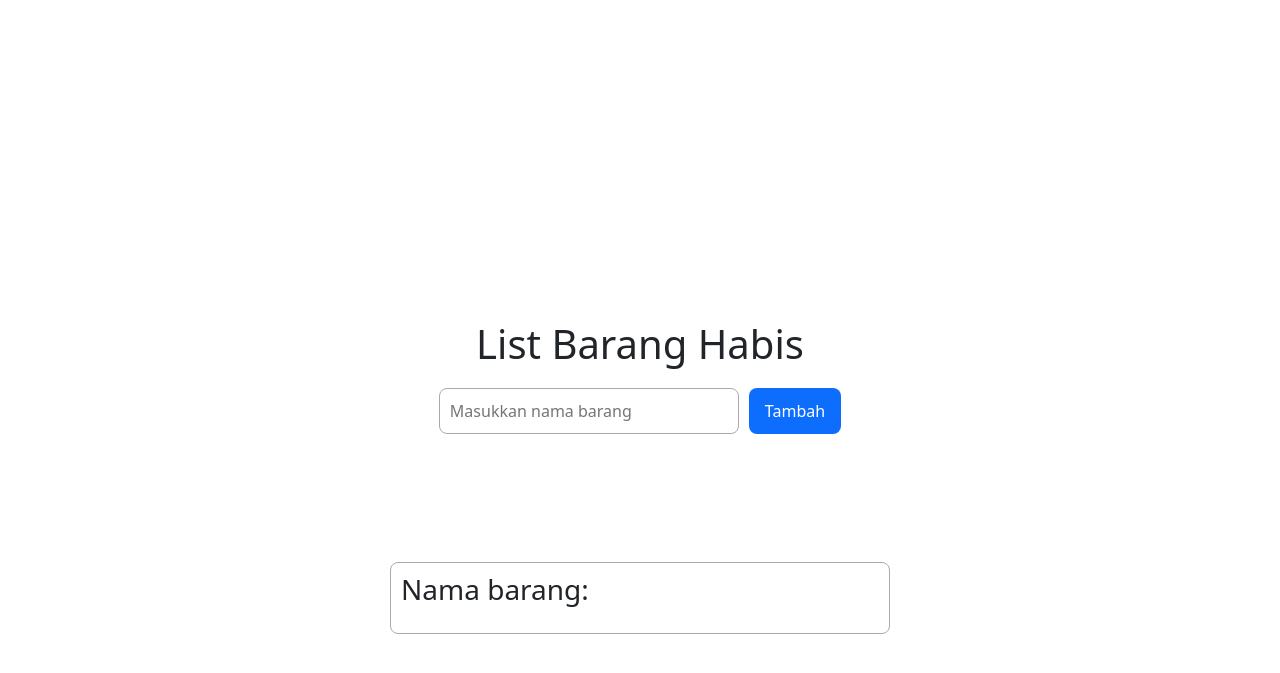
Repository: amorysdeo/dirumah
Page: index.html
An editor plug-in stored every save of this project. The page is shown before and after a run of saves, followed by the edit.
The browser window is 1280 px wide. The pictures show the whole page.

Above is the page before, as saved 2025-11-27 12:04:52.

After the next 3 saves:
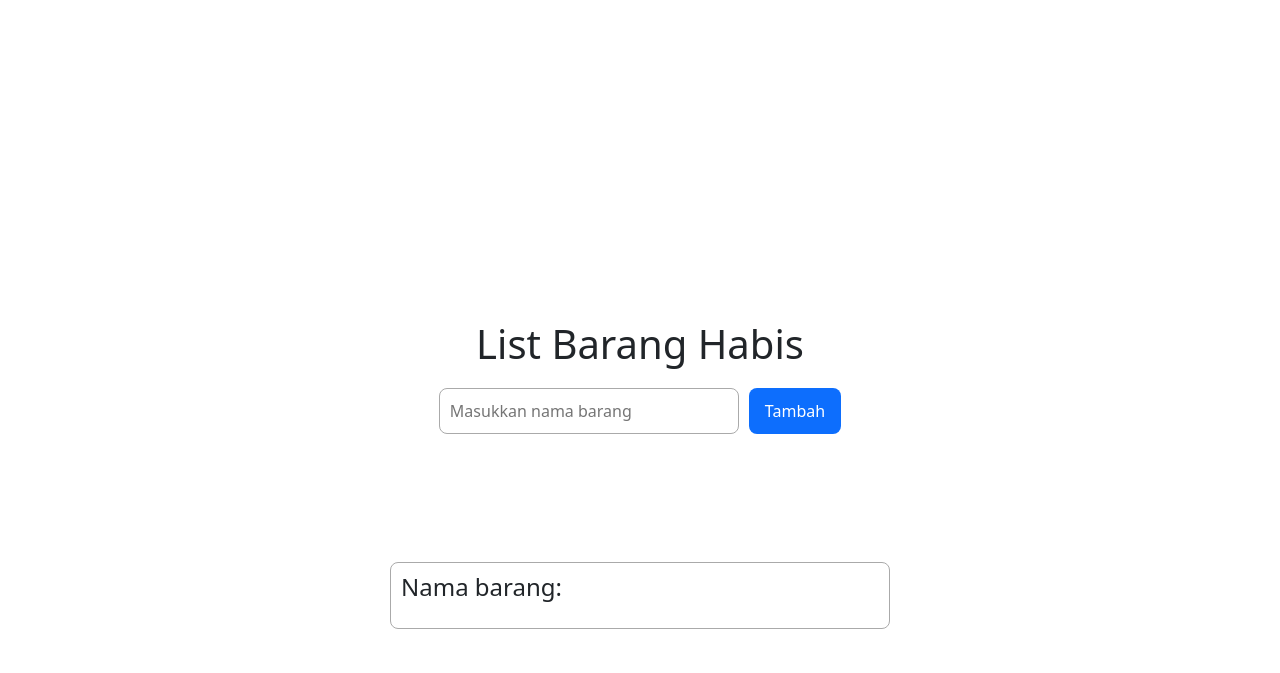
The 3 saves are shown as one change because they came seconds apart.
The last was saved 12 s later.
--- a/index.html
+++ b/index.html
@@ -19,7 +19,7 @@
         </div>
     </div>
     <div id="list-box">
-        <h3>Nama barang:</h3>
+        <h4>Nama barang:</h4>
         <ul></ul>
     </div>
 
